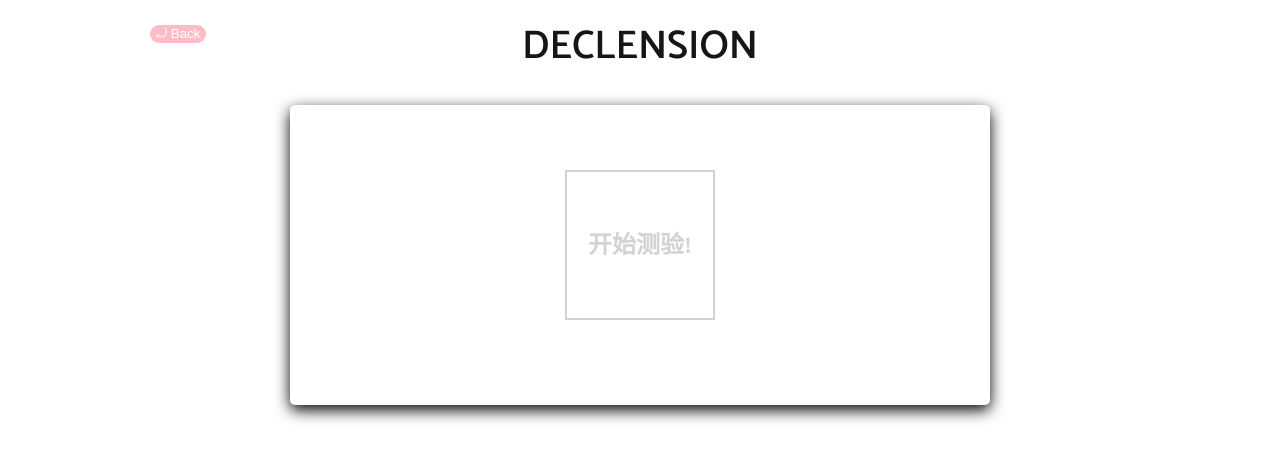
Repository: michalskirobert/SARO
Page: ch/stuff/games/quiz/declension/index.html
These files come from the project's save history. The page is drawn as it stood at one moment and after the next save; the edit follows.
The browser window is 1280 px wide. The pictures show the whole page.
Some web fonts or font styles are not loaded; a fallback is used.

Above is the page before, as saved 2020-11-07 14:21:45.

After the next save:
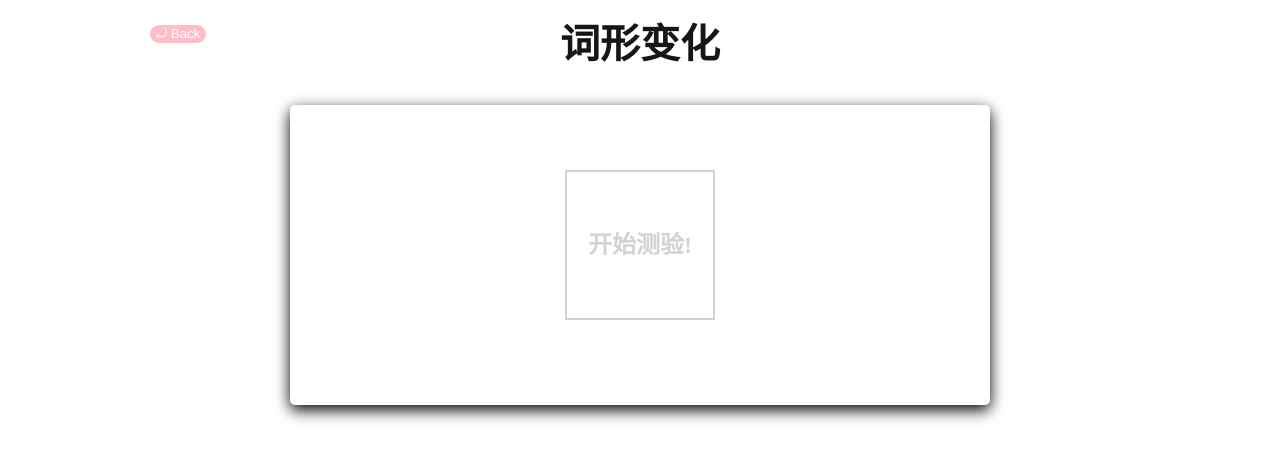
Saved 52 s later.
--- a/ch/stuff/games/quiz/declension/index.html
+++ b/ch/stuff/games/quiz/declension/index.html
@@ -21,7 +21,7 @@
                 window.history.back();
             }
         </script>
-        <h1>Declension</h1>
+        <h1>词形变化</h1>
         <div class="container__quiz">
             <div class="box__quiz box__quiz--item">
                 <div id="box__quiz">
